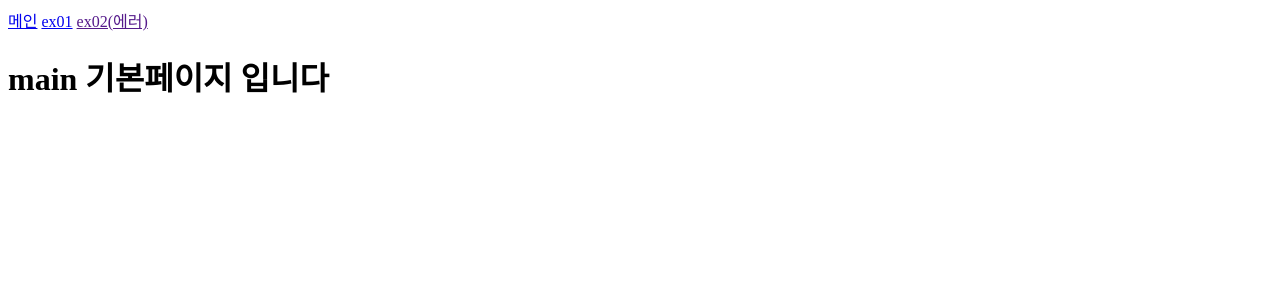
Repository: KimJaeHwan98/tomcat01
Page: http://localhost/2_get_post/tag/quiz/main.jsp
These files come from the project's save history. The page is drawn as it stood at one moment and after the next save; the edit follows.
The browser window is 1280 px wide. The pictures show the whole page.
The page is served by Tomcat 9.

Above is the page before, as saved 2024-04-29 04:50:08.

### 2_get_post/src/main/webapp/tag/quiz/main.jsp
<%@ page language="java" contentType="text/html; charset=UTF-8"
    pageEncoding="UTF-8"%>
<!DOCTYPE html>
<html>
<head>
<meta charset="UTF-8">
<title>Insert title here</title>
</head>
<body>
<%@ include file="header.jsp" %>
<h1>main 기본페이지 입니다</h1>
</body>
</html>

### 2_get_post/src/main/webapp/tag/quiz/header.jsp
<%@ page language="java" contentType="text/html; charset=UTF-8"
    pageEncoding="UTF-8"%>
   <%@ page isErrorPage="true" %>
<!DOCTYPE html>
<html>
<head>
<meta charset="UTF-8">
<title>Insert title here</title>
</head>
<body>
<header>
 <a href="main.jsp">메인</a>
 <a href="../ex01">ex01</a>
 <a href="">ex02(에러)</a>

</header>


</body>
</html>

After the next save:
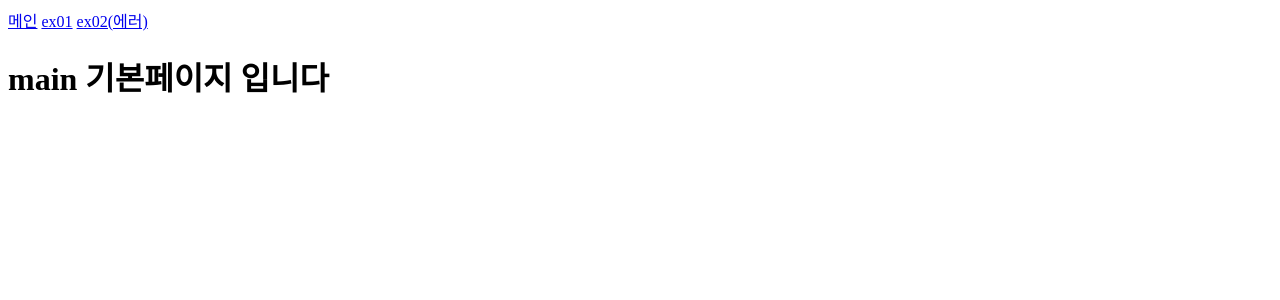
Saved 35 s later.
--- a/2_get_post/src/main/webapp/tag/quiz/header.jsp
+++ b/2_get_post/src/main/webapp/tag/quiz/header.jsp
@@ -11,7 +11,7 @@
 <header>
  <a href="main.jsp">메인</a>
  <a href="../ex01">ex01</a>
- <a href="">ex02(에러)</a>
+ <a href="../ex02">ex02(에러)</a>
 
 </header>
 
